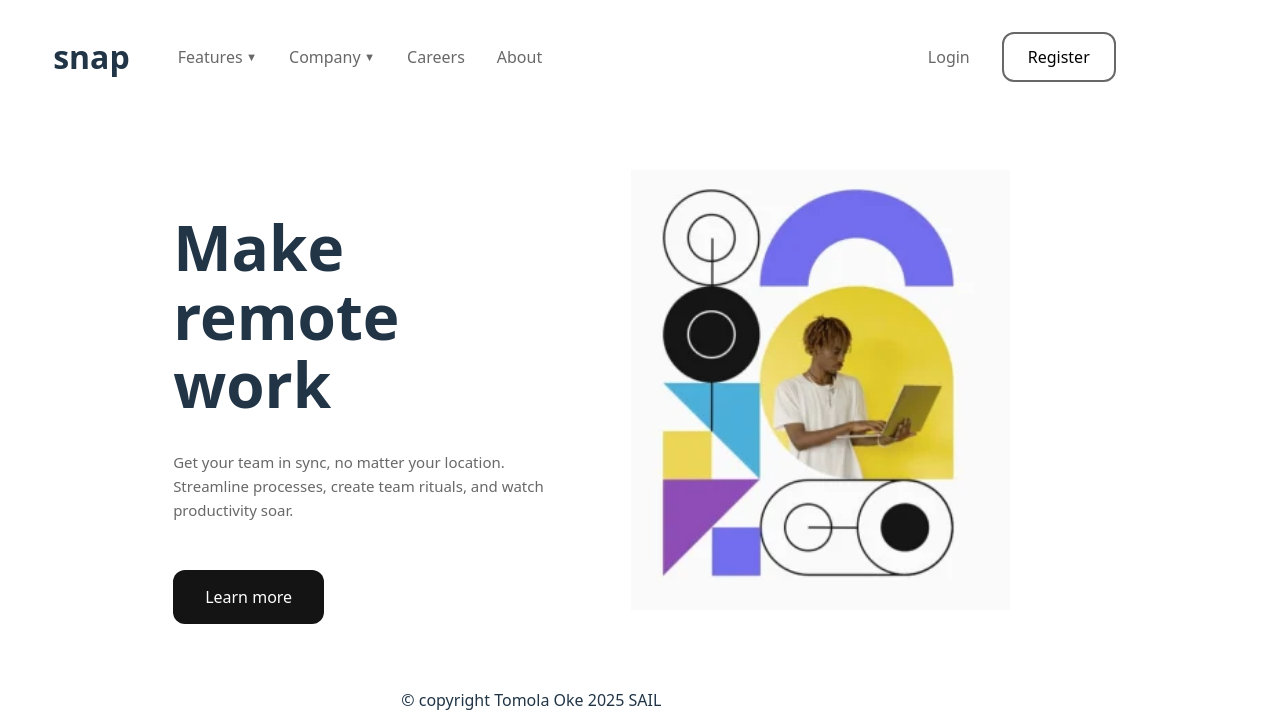
Repository: tomolaoke/SNAP
Page: /
An editor plug-in stored every save of this project. The page is shown before and after the next save, followed by the edit.
The browser window is 1280 px wide. The pictures show the whole page.
The project was rebuilt for these pictures with package versions that can differ from the ones it lists, and the page was loaded fresh each time. Also part of the build but not shown: vite.config.js, src/components/footer/Footer.css.

Above is the page before, as saved 2025-06-21 22:05:33.

### src/App.jsx
import './App.css';
import Header from './components/header/Header';
import Hero from './components/hero/Hero';
import Footer from './components/footer/Footer';

const App = () => {
  return (
    <div className="app">
      <Header />
      <Hero />
      <Footer />
    </div>
  );
};

export default App;

### src/App.css
.app {
  min-height: 100vh;
  display: flex;
  flex-direction: column;
  align-items: center; /* Center all children horizontally */
  justify-content: center; /* Center all children vertically */
}

/* Add any global styles here */

### src/components/header/Header.jsx
import './Header.css';
import HeaderNav1 from '../../block/headerblock/HeaderNav1';
import HeaderNav2 from '../../block/headerblock/HeaderNav2';

const Header = () => {
  return (
    <header className="header">
      <HeaderNav1 />
      <HeaderNav2 />
    </header>
  );
};

export default Header;

### src/components/hero/Hero.jsx
import './Hero.css';
import HeroText from '../../block/heroblock/HeroText';
import HeroImage from '../../block/heroblock/HeroImage';

const Hero = () => {
  return (
    <section className="hero">
      <HeroText />
      <HeroImage />
    </section>
  );
};

export default Hero;

### src/components/footer/Footer.jsx
import './Footer.css';

const Footer = () => {
  return (
    <footer className="footer">
      <p>© copyright Tomola Oke 2025 SAIL</p>
    </footer>
  );
};

export default Footer;

### src/components/header/Header.css
.header {
  display: flex;
  justify-content: space-between;
  align-items: center;
  padding: 2rem 5%;
  max-width: 1440px;
  margin: 0 auto;
  width: 100%;
}

### src/block/headerblock/HeaderNav1.jsx
import './HeaderNav.css';

const HeaderNav1 = () => {
  return (
    <div className="header-nav-1">
      <div className="logo">snap</div>
      <nav className="nav-links">
        <a href="#">Features <span className="dropdown-icon">▼</span></a>
        <a href="#">Company <span className="dropdown-icon">▼</span></a>
        <a href="#">Careers</a>
        <a href="#">About</a>
      </nav>
    </div>
  );
};

export default HeaderNav1;

### src/block/headerblock/HeaderNav2.jsx
import './HeaderNav.css';

const HeaderNav2 = () => {
  return (
    <div className="header-nav-2">
      <a href="#" className="login-btn">Login</a>
      <button className="register-btn">Register</button>
    </div>
  );
};

export default HeaderNav2;

### src/components/hero/Hero.css
.hero {
  margin-left: 120px;
}

### src/block/heroblock/HeroText.jsx
import './HeroBlock.css';

const HeroText = () => {
  return (
    <div className="hero-text">
      <h1>Make remote work</h1>
      <p>
        Get your team in sync, no matter your location.<br />
        Streamline processes, create team rituals, and watch productivity soar.
      </p>
      <button className="cta-button">Learn more</button>
    </div>
  );
};

export default HeroText; // Fixed export

### src/block/heroblock/HeroImage.jsx
import './HeroBlock.css';
import heroImage from '../../../src/assets/SNAP.png';

const HeroImage = () => {
  return (
    <div className="hero-image">
      <img src={heroImage} alt="Team collaborating remotely" />
    </div>
  );
};

export default HeroImage; // Fixed export

### src/block/headerblock/HeaderNav.css
.header-nav-1 {
  display: flex;
  align-items: center;
  gap: 3rem;
}

.logo {
  font-size: 2rem;
  font-weight: 700;
}

.nav-links {
  display: flex;
  gap: 2rem;
}

.nav-links a {
  text-decoration: none;
  color: #686868;
  font-weight: 500;
  display: flex;
  align-items: center;
}

.dropdown-icon {
  font-size: 0.7em;
  margin-left: 0.3em;
}

.header-nav-2 {
  display: flex;
  align-items: center;
  gap: 2rem;
}

.login-btn {
  text-decoration: none;
  color: #686868;
  font-weight: 500;
}

.register-btn {
  padding: 0.75rem 1.5rem;
  border: 2px solid #686868;
  background: transparent;
  border-radius: 12px;
  font-weight: 500;
  cursor: pointer;
}

### src/block/heroblock/HeroBlock.css
.hero {
  display: flex;
  align-items: center;
  gap: 5rem;
  padding: 3rem 5%;
}

.hero-text {
  flex: 1;
  max-width: 600px;
}

.hero-text h1 {
  font-size:62px;
  line-height: 1.1;
  margin-bottom: 2rem;
}

.hero-text p {
  font-size: 15px;
  line-height: 1.6;
  color: #686868;
  margin-bottom: 3rem;
}

.cta-button {
  padding: 1rem 2rem;
  background-color: #141414;
  color: white;
  border: none;
  border-radius: 12px;
  font-size: 1rem;
  font-weight: 500;
  cursor: pointer;
}

.hero-image {
  flex: 1;
}

.hero-image img {
  width: 100%;
  max-width: 600px;
  height: auto;
}

Loaded but not shown: index.html (common file); src/main.jsx (common file); src/index.css (common file); src/components/footer/Footer.css (no copy from this time; the picture is the same without it)

After the next save:
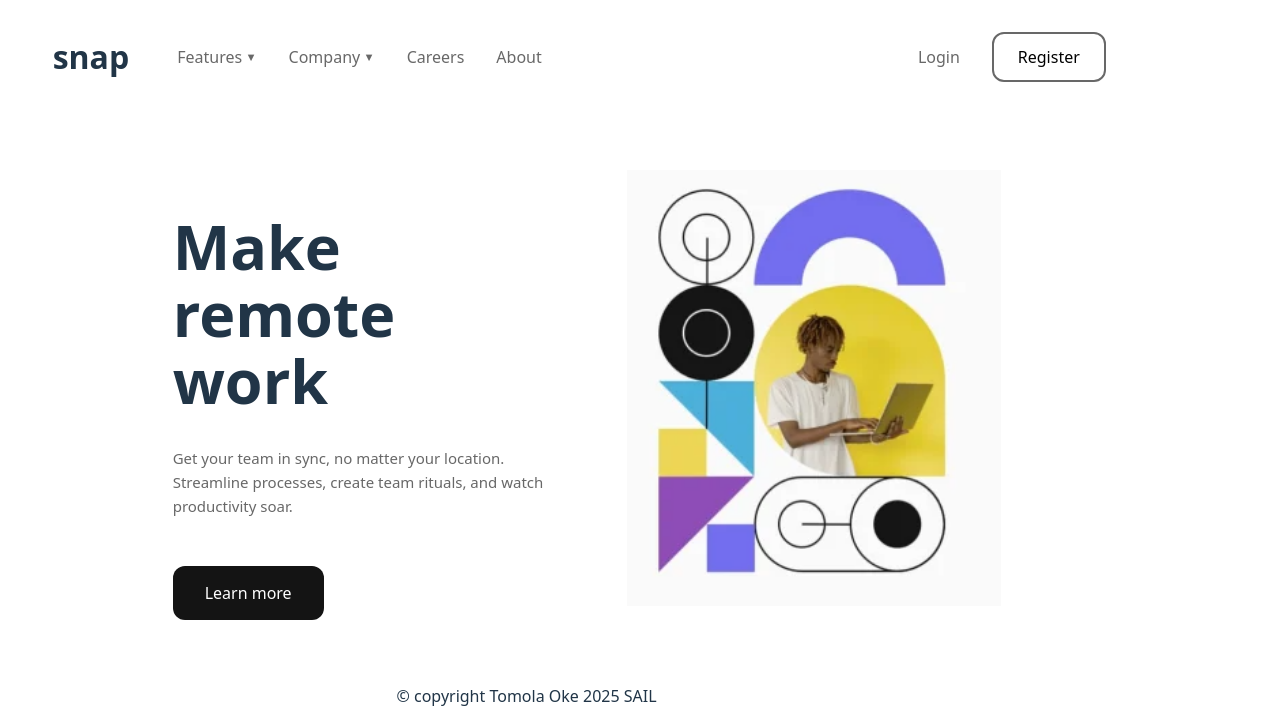
Saved 34 s later.
--- a/src/block/heroblock/HeroBlock.css
+++ b/src/block/heroblock/HeroBlock.css
@@ -11,7 +11,7 @@
 }
 
 .hero-text h1 {
-  font-size:62px;
+  font-size:61px;
   line-height: 1.1;
   margin-bottom: 2rem;
 }
